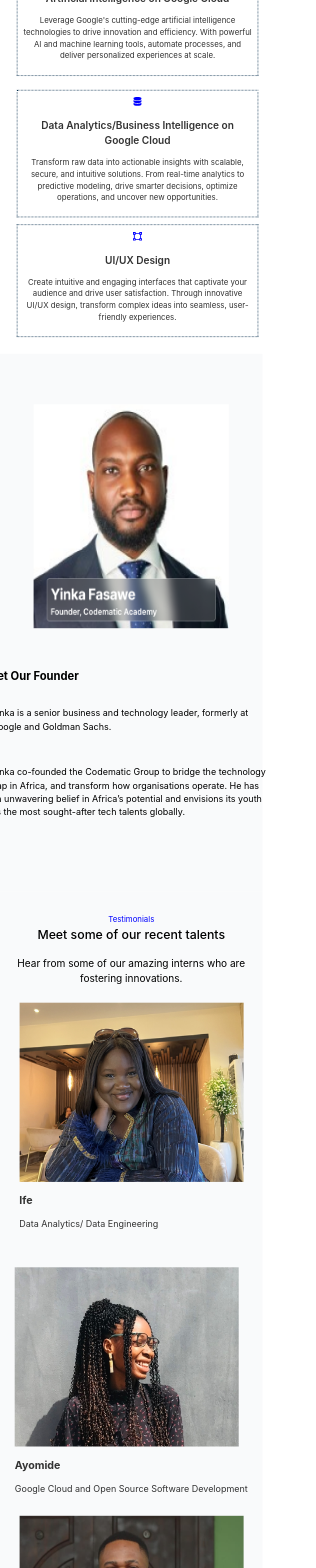
Repository: Gabriel221-dev/Codematic-page
Page: /
An editor plug-in stored every save of this project. The page is shown before and after the next save, followed by the edit.
The browser window is 375 px wide. The page is 452 px wide, so the pictures cover 452 px, including what lies to the right of the window. The pictures show the part of the page from y = 2199 to 4439 px (the page is 5301 px tall), at 70% of full size.
The project was rebuilt for these pictures with package versions that can differ from the ones it lists, and the page was loaded fresh each time. Also part of the build but not shown: vite.config.js, src/App.css.

Above is the page before, as saved 2024-07-31 09:14:01.

### src/App.jsx
import "./App.css";
import Home from "./pages/home";
import Header from "./components/Header";
import Footer from "./components/Footer";
import { BrowserRouter as Router, Route, Routes } from "react-router-dom";
import "./styles/global.css";

const App = () => {
  return (
    <Router>
      <Header />
      <main>
        <Routes>
          <Route path="/" element={<Home />} />
        </Routes>
      </main>
      <Footer />
    </Router>
  );
};

export default App;

### src/index.css
:root {
  font-family: Inter, system-ui, Avenir, Helvetica, Arial, sans-serif;
  line-height: 1.5;
  font-weight: 400;

  /* color-scheme: light dark;
  background-color: #242424;
  background-color:turquoise; */

}

### src/components/Header.jsx
import { useState } from "react";
import { NavLink } from "react-router-dom";
import { FaBars } from "react-icons/fa";
import Sidebar from "./Sidebar";
import "./Header.css";
import { IconContext } from "react-icons";

const Header = () => {
  const [isSidebarToggled, setSidebarToggled] = useState(false);

  const handleToggle = () => {
    setSidebarToggled((prev) => !prev);
  };

  return (
    <>
      <IconContext.Provider value={{ color: "#fff" }}>
        <header className="header">
          <NavLink className="header__brand" to="/">
            <img
              className="header__logo"
              src="/Images/codematic-logo-dark-1536x351.png.png"
              alt="Logo"
              loading="eager"
              width="160"
            />
          </NavLink>
          <nav className="header__nav">
            <ul className="header__navigation">
              <li className="header__link">
                <NavLink
                  className={({ isActive }) =>
                    isActive
                      ? "header__anchor header__anchor--active"
                      : "header__anchor"
                  }
                  to="/"
                >
                  Home
                </NavLink>
              </li>
              <li className="header__link">
                <NavLink
                  className={({ isActive }) =>
                    isActive
                      ? "header__anchor header__anchor--active"
                      : "header__anchor"
                  }
                  to=""
                >
                  About Us
                </NavLink>
              </li>
              <li className="header__link">
                <NavLink
                  className={({ isActive }) =>
                    isActive
                      ? "header__anchor header__anchor--active"
                      : "header__anchor"
                  }
                  to=""
                >
                  Focus Areas
                </NavLink>
              </li>
              <li className="header__link">
                <NavLink
                  className={({ isActive }) =>
                    isActive
                      ? "header__anchor header__anchor--active"
                      : "header__anchor"
                  }
                  to=""
                >
                  Our Goals
                </NavLink>
              </li>
              <li className="header__link">
                <NavLink
                  className={({ isActive }) =>
                    isActive
                      ? "header__anchor header__anchor--active"
                      : "header__anchor"
                  }
                >
                  Testimonies
                </NavLink>
              </li>
            </ul>

            <button
              className="header__menu"
              title="Toggle Menu"
              onClick={handleToggle}
            >
              <FaBars />
            </button>
          </nav>
          <ul className="Btn">
            <NavLink className="header__btn" to="/contact">
              Apply Now
            </NavLink>
          </ul>
          <Sidebar isOpen={isSidebarToggled} onToggle={handleToggle} />
        </header>
      </IconContext.Provider>
    </>
  );
};

export default Header;

### src/components/Footer.jsx
import { Link } from "react-router-dom";
import "./Footer.css";
import { BsTwitterX } from "react-icons/bs";
import { FaLinkedin } from "react-icons/fa6";
import { FaFacebook } from "react-icons/fa";

const Footer = () => {
  return (
    <footer className="footer">
      <div>
        <container className="section-1">
          <div className="section1">
            <img
              className="footer__logo"
              src="/Images/codematic-logo-white 2.png"
              alt="Logo"
              loading="lazy"
              width="160"
            />

            <ul className="footer__navigation">
              <li className="footer__link">
                <Link className="link-anchor footer__anchor" to="">
                  About Us
                </Link>
              </li>
              <li className="footer__link">
                <Link className="link-anchor footer__anchor" to="">
                  Contact Us
                </Link>
              </li>
              <li className="footer__link">
                <Link className="link-anchor footer__anchor" to="">
                  Privacy Policy
                </Link>
              </li>
            </ul>
          </div>
        </container>
        <div className="divider"></div>
        <div className="section2">
          <div className="Left">
            <p>© 2024 Codematic. All rights reserved</p>.
          </div>
          <div className="bottom">
            <div className="icon">
              <BsTwitterX />
            </div>
            <div className="icon">
              <FaLinkedin />
            </div>
            <div className="icon">
              <FaFacebook />
            </div>
          </div>
        </div>
      </div>
    </footer>
  );
};

export default Footer;

### src/styles/global.css
* {
    padding: 0;
  }

  body {
    /* line-height: 1.6; */
    color: #333;
    background-color: white;
    padding: 0;
    margin: 0 ;
  }

  section{
    padding: 0 10%;
  }

### src/pages/Home.css
.Home{
    padding: 0 0;
}
.Home-1{
    /* background-color:red; */
    text-align: center;
}
.mark{
    background-color:white;
    border-radius:12px;
    font-size: .6rem;
    /* padding:.1rem; */
    margin-right: .5rem;
}
.academy-1{
    font-size: .6rem;
    background-color: lightcyan;
    border-radius:12px;
    /* padding: .3rem; */
    text-decoration: none;
}
.heading-sub-1{
      text-align: center;
}
.heading-1{
    width: 45rem;
    height: 12.7rem;
    font-size: 2.8rem;
    justify-content: center;
    align-items: center;
    margin: 0 auto;
    font-weight: 600;
    background-color:white;
}
.sub-heading-1{
    font-size: .9rem;
    height: 120px;
    width: 20rem;
    justify-content: center;
    align-items: center;
    margin: 0 auto;
}
.action{
    gap: 12px;
    text-decoration: none;
}

.apply-heading:hover{
    background-color:blue;
    color:white;
    text-decoration: none;
    border-radius:7px;
    transform: scale(1.05);
    transition: transform 0.6s ease-in-out, border-bottom 0.6s ease;
}

.learn-heading:hover{
    background-color:blue;
    color:white;
    text-decoration: none;
    border-radius:7px;
    transform: scale(1.05);
    transition: transform 0.6s ease-in-out, border-bottom 0.6s ease;
}
.apply-heading{
    background-color:#DEE0FF;
    text-align: center;
    margin: 0 1rem;
    padding: .5rem 1rem;
    border-radius: 3px;
    text-decoration: none;
}

.learn-heading{
    background-color: blue;
    text-align: center;
    padding: .5rem 1rem;
    border-radius: 3px;
    text-decoration: none;
}

.Home-1 img{
    background-color:none;
    width: 65rem;
    /* height: 516px; */
    /* margin: 1rem 6rem 3rem 0rem; */
}

.Home-1 .frame{
    margin: 3rem 6rem 6rem 0rem;
}

/* Tablet styles */
@media (max-width: 768px) {
    .heading-1 {
        width: 90%;
        font-size: 2rem;
        height: auto;
    }

    .sub-heading-1 {
        width: 80%;
        font-size: 0.8rem;
        height: auto;
    }

    .Home-1 img {
        width: 100%;
        margin: 2rem 0;
    }

    .Home-1 .frame {
        margin: 2rem 0;
    }
}

/* iPhone styles */
@media (max-width: 480px) {
    .heading-1 {
        width: 100%;
        font-size: 1.5rem;
        height: auto;
    }

    .sub-heading-1 {
        width: 90%;
        font-size: 0.7rem;
        height: auto;
    }

    .apply-heading,
    .learn-heading {
        font-size: 0.5rem;
        padding: 0.4rem 0.8rem;
    }

    .Home-1 img {
        width: 100%;
        margin: 1rem 0;
    }

    .Home-1 .frame {
        margin: 1rem 0;
    }
}



.leg{
    justify-content: space-between;
    display: flex;
    max-width: 60rem;
}

.heading-sub-2{
    /* background-color:greenyellow; */
    font-size: 1.4rem;
    font-style: normal;
    color: #fff;
    text-align: left;
    width: 30rem;
    text-align: left;
    height: 35rem;
    margin-right: 2rem;
    /* padding: 0 0 0 4rem; */
    /* margin: 0 0 0 4rem; */
}

.sub-heading-2{
    font-size: 1rem;
    color:blue;
}

.heading-2{
    font-size: 1.8rem;
    font-weight: 500;
    color:blue;
}

.home-chair{
    flex: 1;
}


.text-2{
    font-size: 1rem;
    color:black;
}

.apply-now-2{
    background-color:blue;
    margin-top:1.8rem;
    padding: .7rem 2rem .7rem 0;
    font-size: .7rem;
    color:white;
    width: 7rem;
}

.apply-now-2:hover{
    background-color:black;
    color:blue;
    text-decoration: none;
    border-radius:7px;
    transform: scale(1.05);
    transition: transform 0.6s ease-in-out, border-bottom 0.6s ease;
}

.Home-2 .img{
    flex: 1;
    display: flex;
    justify-content: center;
    /* margin-left: 2rem; */
}

.Home-2 img{
    display: flex;
    align-items: center;
    text-align: left;
    height: 35rem;
    width: 33rem;
    /* margin: 0 0 0 3.5rem; */
    padding: 0 0 0 0;
}

/* Tablet styles */
@media (max-width: 768px) {
    .leg {
        flex-direction: column;
        align-items: center;
    }

    .heading-sub-2 {
        font-size: 1.2rem;
        width: 90%;
        margin-right: 0;
        margin-bottom: 2rem;
    }

    .heading-2 {
        font-size: 1.6rem;
    }

    .text-2 {
        font-size: 0.9rem;
    }

    .apply-now-2 {
        font-size: 0.6rem;
        width: 6rem;
    }

    .Home-2 img {
        width: 100%;
        height: auto;
        margin-bottom: 2rem;
    }
}

/* iPhone styles */
@media (max-width: 480px) {
    .heading-sub-2 {
        font-size: 1rem;
        width: 100%;
        margin-right: 0;
        margin-bottom: 1rem;
    }

    .sub-heading-2 {
        font-size: 0.9rem;
    }

    .heading-2 {
        font-size: 1.4rem;
    }

    .text-2 {
        font-size: 0.8rem;
    }

    .apply-now-2 {
        font-size: 0.5rem;
        width: 5rem;
    }

    .Home-2 img {
        width: 100%;
        height: auto;
    }
}



.Home-3{
    /* background-color:chocolate; */
    text-align: center;
}



.heading-sub-3{
    padding: 2.5rem;
}

.sub-3{
    color:blue;
    font-size: 1rem;
}

.heading-3{
    color:black;
    font-size: 1.6rem;
    font-weight: 700;
}

.text-3{
    font-size: 1.1rem;
    width:40rem;
    display: flex;
    margin: 0 auto;
}

.Home-3 .img3{
    margin-right: 2rem;
}

.Home-3 img{
    width: 65rem;
    margin-right: 3rem;
}

/* Tablet styles */
@media (max-width: 768px) {
    .heading-sub-3 {
        padding: 1.5rem;
    }

    .sub-3 {
        font-size: 0.9rem;
    }

    .heading-3 {
        font-size: 1.4rem;
    }

    .text-3 {
        font-size: 1rem;
        width: 90%;
    }

    .Home-3 img {
        width: 100%;
        margin-right: 0;
    }
}

/* iPhone styles */
@media (max-width: 480px) {
    .heading-sub-3 {
        padding: 1rem;
    }

    .sub-3 {
        font-size: 0.8rem;
    }

    .heading-3 {
        font-size: 1.2rem;
    }

    .text-3 {
        font-size: 0.9rem;
        width: 100%;
    }

    .Home-3 .img3 {
        margin-right: 0;
    }

    .Home-3 img {
        width: 100%;
        margin-right: 0;
    }
}



.Home-4{
    padding: 4rem;
}

.H-4{
    padding: 1.5rem;
}
.header-sub-4{
    text-align: center;
    padding: 1rem;
}

.sub-header-4{
    font-size: 1rem;
    color:blue;
}

.header-4{
    font-size: 2rem;
}

.text-4{
    font-size: 1.1rem;
}

.H-4-2 {
    display: flex;
    flex-direction: column;
    gap: 20px;
    padding: 2rem;
  }

  .row {
    display: flex;
    justify-content: space-between;
    gap: 20px; /* Adjust the gap between articles as needed */
  }


  .H-4-2 .part-1{
    height: 12rem;
    width: 33rem;
    padding: 2rem;
    border: 1px rgb(3, 44, 75) dotted;
  }
  .H-4-2 .part-2{
    height: 12rem;
    width: 33rem;
    padding: 2rem;
    border: 1px rgb(3, 44, 75) dotted;
  }
  .H-4-2 .part-3{
    height: 12rem;
    width: 33rem;
    padding: 2rem;
    border: 1px rgb(3, 44, 75) dotted;
  }
  .H-4-2 .part-4{
    height: 12rem;
    width: 33rem;
    padding: 2rem;
    border: 1px rgb(3, 44, 75) dotted;
  }

  /* .article {
    flex: 1;
    padding: 20px;
    border: 1px solid #ddd;
    box-shadow: 0 2px 4px rgba(0, 0, 0, 0.1);
    text-align: center;
  } */

  .icon {
    font-size: 1em;
    margin-bottom: 10px;
    text-align: center;
    color:blue;
  }

  .H-4-2 h2 {
    font-weight: 600;
    font-size: 1em;
    text-align: center;
  }

  .H-4-2 h1{
    font-weight: 400;
    font-size: .8rem;
    text-align: center;
  }

  .text-4 {
    font-size: 1em;
    margin-top: 10px;
  }

/* Tablet styles */
@media (max-width: 768px) {
    .Home-4 {
        padding: 2rem;
    }

    .H-4 {
        padding: 1rem;
    }

    .header-4 {
        font-size: 1.5rem;
    }

    .text-4 {
        font-size: 1rem;
    }

    .H-4-2 {
        padding: 1rem;
    }

    .row {
        flex-direction: column;
        gap: 10px;
    }

    .H-4-2 .part-1,
    .H-4-2 .part-2,
    .H-4-2 .part-3,
    .H-4-2 .part-4 {
        width: 100%;
        padding: 1rem;
        height: auto;
    }
}

/* iPhone styles */
@media (max-width: 480px) {
    .Home-4 {
        padding: 1rem;
    }

    .H-4 {
        padding: 0.5rem;
    }

    .header-4 {
        font-size: 1.2rem;
    }

    .text-4 {
        font-size: 0.9rem;
    }

    .H-4-2 {
        padding: 0.5rem;
    }

    .row {
        flex-direction: column;
        gap: 10px;
    }

    .H-4-2 .part-1,
    .H-4-2 .part-2,
    .H-4-2 .part-3,
    .H-4-2 .part-4 {
        width: 100%;
        padding: 0.5rem;
        height: auto;
    }

    .H-4-2 h2 {
        font-size: 0.9em;
    }

    .H-4-2 h1 {
        font-size: 0.7rem;
    }

    .icon {
        font-size: 0.8em;
    }
}




.Home-5 {
    display: flex;
    justify-content: space-between;
    align-items: center;
    padding: 3rem;
    background-color:#F9FAFB;
}

.Home-5 .heading-sub-5 {
    font-style: normal;
    color: black;
    font-size: .9rem;
    text-align: left;
    max-width: 100%;
    text-align: left;
    height: 18rem;
    padding: 0rem auto;
    margin: 0 15rem 0 0;
}

.Home-5 .article{
    flex: 1;
    padding: 1rem;

}

.Home-5 .Founder{
    padding: 1.2rem;
    width: 27rem;
}

.Home-5 p{
    font-size: 1rem;
}

.Home-5 .img{
    flex: 1;
    display: flex;
    justify-content: center;
    padding: 2rem;
    margin: 2rem;
}

.Home-5 img{
    display: flex;
    align-items: center;
    text-align: left;
    height: 20rem;
    width: 20rem;
    margin: 0 0rem 0 0;
    padding: 1rem 0;
}

@media (max-width: 768px) {
    .Home-5 {
      padding: 1.5rem;
      flex-direction: column;
    }

    .Home-5 .heading-sub-5 {
      font-size: 0.8rem;
      margin: 1rem 0;
    }

    .Home-5 .Founder{
        padding: 0 1rem;
    }

    .Home-5 .Founder h1 {
      font-size: 1.2rem;
    }

    .Home-5 p {
      font-size: 0.9rem;
    }

    .Home-5 .img {
      margin: 1rem 0;
    }

    .Home-5 img {
      max-width: 100%;
    }
  }

  @media (max-width: 390px) { /* iPhone 12 Pro screen size */
    .Home-5 {
      padding: 2rem;
      flex-direction: column;
    }

    .Home-5 .heading-sub-5 {
      font-size: 0.7rem;
      margin: 0 2rem;
    }

    /* .Home-5 .article{
        margin: 3rem;
    } */

    .Home-5 .Founder h1 {
      font-size: 1rem;
    }

    .Home-5 p {
      font-size: 0.8rem;
      padding: 1rem;
    }

    .Home-5 .img {
      margin: 0.5rem 0;
      padding: 1rem;
    }

    .Home-5 img {
      max-width: 100%;
    }
  }



.Home-6{
    background-color: #F9FAFB;

}

/* .big-6{
    padding-top: 2rem;
} */

.Home-6 .sub-Head-6{
    font-size: .9rem;
    color:blue;
    text-align: center;
}

.Head-6 {
    font-size: 1.5rem;
    color:black;
    font-weight: 500;
    text-align: center;
}

.Text-6 {
    font-size: 1.05rem;
    text-align: center;
    color:black;
    margin: 1.2rem;
}


.Team-6 {
    display: flex;
    justify-content: space-between;
    align-items: center;
    /* padding: 3.2rem; */
    margin: 0 0 0 0;
}

.Member-61 {
    flex: 1;
    /* padding: 1rem; */
    row-gap: 2;
}

.Member-62 {
    flex: 1;
    /* padding: 1rem; */
    row-gap: 2;
}

.Member-63 {
    flex: 1;
    /* padding: 1rem; */
    row-gap: 2;
}
.Member-61 img {
    width: 20rem;
    height: 16rem;
}

.Member-62 img {
    width: 20rem;
    height: 16rem;
    margin-top: 1.4rem;
}

.Member-63 img {
    width: 20rem;
    height: 16rem;
}

.Team-6 h2 {
    font-size: 1.05em;
    margin: 10px 0;
}

.Team-6 h1 {
    font-size: .9em;
    margin: 5px 0;
}

@media (max-width: 768px) {
    .Home-6 {
      padding: 1.5rem 1rem;
    }

    .big-6 {
      padding-top: 1.5rem;
    }

    .Home-6 .sub-Head-6 {
      font-size: 0.8rem;
    }

    .Head-6 {
      font-size: 1.3rem;
    }

    .Text-6 {
      font-size: 1rem;
    }

    .Team-6 {
      flex-direction: column;
    }

    .Team-6 article {
      margin: 1rem 0;
    }
  }

  @media (max-width: 390px) { /* iPhone 12 Pro screen size */
    .Home-6 {
      padding: 1rem 0.5rem;
    }

    .big-6 {
      padding-top: 1rem;
    }

    .Home-6 .sub-Head-6 {
      font-size: 0.7rem;
    }

    .Head-6 {
      font-size: 1.1rem;
    }

    .Text-6 {
      font-size: 0.9rem;
      margin: 1rem 0;
    }

    .Team-6 {
      flex-direction: column;
    }

    .Team-6 article {
      margin: 0.5rem 0;
    }

    .Team-6 img {
      max-width: 100%;
    }

    .Team-6 h2 {
      font-size: 0.95rem;
    }

    .Team-6 p {
      font-size: 0.8rem;
    }
  }



/* .Home-7{
    padding: 2rem;
}

.Home-7 .sub-Head-7{
    margin: 3rem;
    text-align: center;
}

.Home-7 h1{
    font-size: .9rem;
    width: 34rem;
    margin: 0 auto;
}

.Home-7 h2{
    font-size: 1.55rem;
} */

/* .Home-7 .action{
    text-align: center;
    height:4rem;
    gap: 2rem;
}

.Home-7 .icon-71{
    padding:.5rem;
    color:blue;
}

.Home-7 .icon-72{
    padding:.5rem;
    color:white;
}

.icon-72-1{
    text-align: center;
    margin-top: 1rem;
} */

/* .Home-7 .action {
    display: flex;
    gap: 2rem;
    justify-content: center;
}

.Home-7 .action a {
    display: flex;
    align-items: center;
    text-decoration: none;
    color: inherit;
    padding: 0.5rem 1rem;
}

.Home-7 .action a .icon-71,
.Home-7 .action a .icon-72-1 {
    display: flex;
    align-items: center;
    align-items:center;
    margin-right: 0.5rem;
}

.Home-7.apply-heading .icon-71,
.Home-7 .learn-heading .icon-72-1 {
    font-size: 1.2rem;
} */

.Home-7 {
    padding: 2rem;
    text-align: center;
  }

  .Home-7 .sub-Head-7 {
    margin-bottom: 2rem;
  }

  .Home-7 h1 {
    font-size: 1.5rem;
    width: 80%;
    margin: 0 auto;
  }

  .Home-7 h2 {
    font-size: 2rem;
    margin-bottom: 1rem;
  }

  .Home-7 .action {
    display: flex;
    gap: 2rem;
    justify-content: center;
  }

  .Home-7 .action a {
    display: flex;
    align-items: center;
    text-decoration: none;
    color: inherit;
    padding: 0.5rem 1rem;
  }

  .Home-7 .icon-71,
  .Home-7 .icon-72-1 {
    display: flex;
    align-items: center;
    margin-right: 0.5rem;
  }

  .apply-heading .icon-71,
  .learn-heading .icon-72-1 {
    font-size: 1.2rem;
  }

  .apply-heading {
    color: blue;
    border: 1px solid blue;
    border-radius: 4px;
    transition: all 0.3s ease;
  }

  .apply-heading:hover {
    background-color: blue;
    color: white;
  }

  .learn-heading {
    background-color: blue;
    color: white;
    border-radius: 4px;
    transition: all 0.3s ease;
  }

  .learn-heading:hover {
    background-color: darkblue;
  }

  /* Tablet styles */
  @media only screen and (max-width: 768px) {
    .Home-7 {
      padding: 1.5rem;
    }

    .Home-7 h1 {
      font-size: 1.2rem;
      width: 90%;
    }

    .Home-7 h2 {
      font-size: 1.8rem;
    }

    .Home-7 .action {
      flex-direction: column;
      gap: 1rem;
    }

    .Home-7 .action a {
      justify-content: center;
    }
  }

  /* Mobile styles */
  @media only screen and (max-width: 576px) {
    .Home-7 {
      padding: 1rem;
    }

    .Home-7 h1 {
      font-size: 1rem;
      width: 100%;
    }

    .Home-7 h2 {
      font-size: 1.5rem;
    }
  }

  /* Small mobile styles */
  @media only screen and (max-width: 450px) {
    .Home-7 h1 {
      font-size: 0.9rem;
    }

    .Home-7 h2 {
      font-size: 1.3rem;
    }
  }

### src/components/Sidebar.jsx
import PropTypes from "prop-types";
import { useNavigate } from "react-router-dom";
import { AiOutlineClose } from "react-icons/ai";
import "./Sidebar.css";
import { IconContext } from "react-icons";

const Sidebar = ({ isOpen, onToggle }) => {
  const navigate = useNavigate();

  const handleNavigate = (path) => {
    navigate(path);
    onToggle();
  };

  return (
    <IconContext.Provider value={{ color: "#fff" }}>
      <div className={`sidebar ${isOpen ? "sidebar--open" : ""}`}>
        <div className="sidebar__overlay" onClick={onToggle}></div>
        <div className="sidebar__content">
          <div className="sidebar__header">
            <button
              className="sidebar__close"
              title="Close Menu"
              onClick={onToggle}
            >
              <AiOutlineClose />
            </button>
          </div>

          <ul className="sidebar__navigation">
            <li className="sidebar__link">
              <button
                className="sidebar__anchor"
                onClick={() => handleNavigate("/")}
              >
                Home
              </button>
            </li>

            <li className="sidebar__link">
              <button
                className="sidebar__anchor"
                onClick={() => handleNavigate()}
              >
                About Us
              </button>
            </li>
            <li className="sidebar__link">
              <button
                className="sidebar__anchor"
                onClick={() => handleNavigate()}
              >
                Focus Areas
              </button>
            </li>
            <li className="sidebar__link">
              <button
                className="sidebar__anchor"
                onClick={() => handleNavigate()}
              >
                Testimonies
              </button>
            </li>
          </ul>

          <button className="sidebar__btn" onClick={() => handleNavigate()}>
            Apply Now
          </button>
        </div>
      </div>
    </IconContext.Provider>
  );
};

Sidebar.propTypes = {
  isOpen: PropTypes.bool.isRequired,
  onToggle: PropTypes.func.isRequired,
};

export default Sidebar;

### src/components/Footer.css
.footer {
    background-color: rgb(4, 4, 55);
    padding: 0 0;
    position: relative;
}

.footer__logo {
    display: block;
    margin: 0 auto;
}

.footer__navigation {
    list-style: none;
    font-size: 0.8rem;
    padding: 0;
    display: flex;
    justify-content: center;
    margin: 1rem 0;
}

.footer__link {
    margin: 0 1rem;
}

.footer__anchor {
    text-decoration: none;
    color: white;
}

.section1 {
    text-align: center;
    padding: 2rem 0;
}

.section2 {
    position: relative;
    display: flex;
    justify-content: space-between;
    align-items: flex-end;
    padding: 1rem;
    height: 50px;
}

.footer p{
    color:#D0D5DD;
}


.footer .bottom {
    display: flex;
    gap: 1rem;
    /* padding-left: 1rem; */
    margin-bottom: 2rem;
}

.footer .icon {
    font-size: 1.5rem;
    display: flex;
    color:#D0D5DD;
}

.divider {
    width: 100%;
    border-bottom: 1px solid #000;
    margin: 2rem 0;
}

### src/components/Sidebar.css
.sidebar {
    display: none;
    width: 100%;
    height: 100%;
    position: fixed;
    top: 0;
    left: 0;
    z-index: 100;
    transition: all 0.3s ease;
  }

  .sidebar--open {
    display: grid;
    grid-template-columns: 1fr min-content;
  }

  .sidebar__overlay {
    grid-column: 1 / -1;
    grid-row: 1 / 2;
    background-color: rgba(0, 0, 0, 0.5);
    transition: background-color 0.3s ease;

  }

  .sidebar__content {
    grid-column: 2 / 3;
    grid-row: 1 / 2;
    background-color: blue;
    width: 250px;
    display: grid;
    grid-template-rows: 128px repeat(2, min-content);
    grid-template-columns: 48px 1fr 25px;
    transition: width 0.3s ease;
    transition: width .4s ease;

  }

  .sidebar__header {
    grid-column: 2 / 3;
    justify-self: end;
    align-self: center;
  }

  .sidebar__close {
    background-color:#194c4c ;
    width: 30px;
    border: 0;
    outline: 0;
  }

  .sidebar__close:hover{
    background-color:#194c4c;
  }

  .sidebar__navigation {
    grid-column: 2 / 3;
    list-style: none;
    margin: 0;
    padding: 0;
  }

  .sidebar__link {
    margin-bottom: 2.4rem;
  }

  .sidebar__anchor {
    font-size: 1.1rem;
    color: #fff;
    background: transparent;
    border: none;
    text-decoration: none;
    cursor: pointer;
  }

  .sidebar__anchor:hover{
    background:none;
  }

  .sidebar__btn {
    grid-column: 2 / 3;
    background-color: transparent;
    border: 1px solid #fff;
    color: #fff;
    padding: 0.5rem 1rem;
    text-decoration: none;
    display: inline-block;
    cursor: pointer;
    width: 159px;
  }

  .sidebar__btn:hover{
    background:white;
    color:#194c4c;
    transform: scale(1.05);
    transition: transform 0.3s ease-in-out, border-bottom 0.6s ease;
  }

  .sidebar--open .sidebar__overlay {
    background-color: rgba(0, 0, 0, 0.5);
  }

  .sidebar--open .sidebar__content {
    width: 250px;
  }

  @media (max-width: 768px) {
    .header__menu {
      display: grid;
      background-color: transparent;
      width: 24px;
      border: 0;
      outline: 0;
      justify-self: end;
      align-self: center;
      margin-left: auto;
    }
  }

Loaded but not shown: index.html (common file); src/main.jsx (common file); src/pages/home.jsx (272 lines, source omitted); src/components/Header.css (216 lines, source omitted)

After the next save:
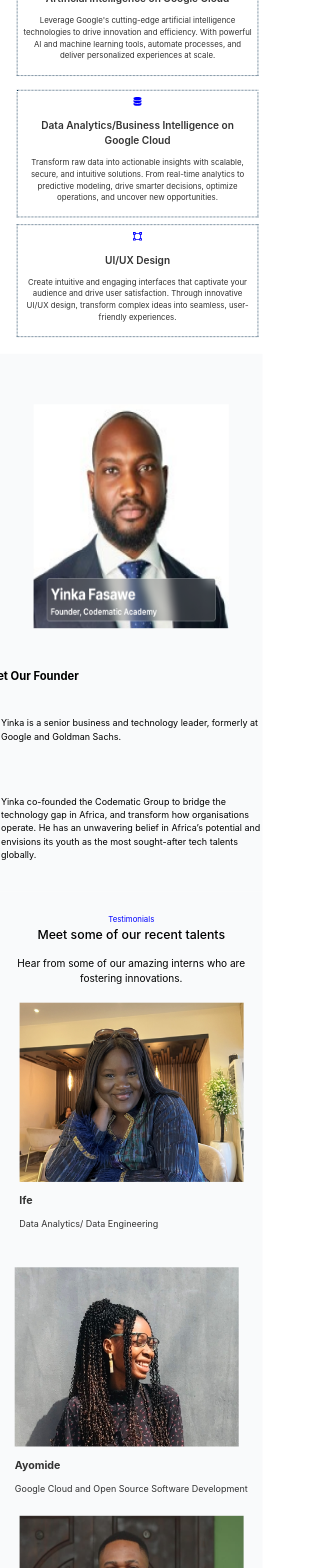
Saved 27 s later.
--- a/src/pages/Home.css
+++ b/src/pages/Home.css
@@ -675,7 +675,7 @@
 
     .Home-5 p {
       font-size: 0.8rem;
-      padding: 1rem;
+      padding: 30px;
     }
 
     .Home-5 .img {
